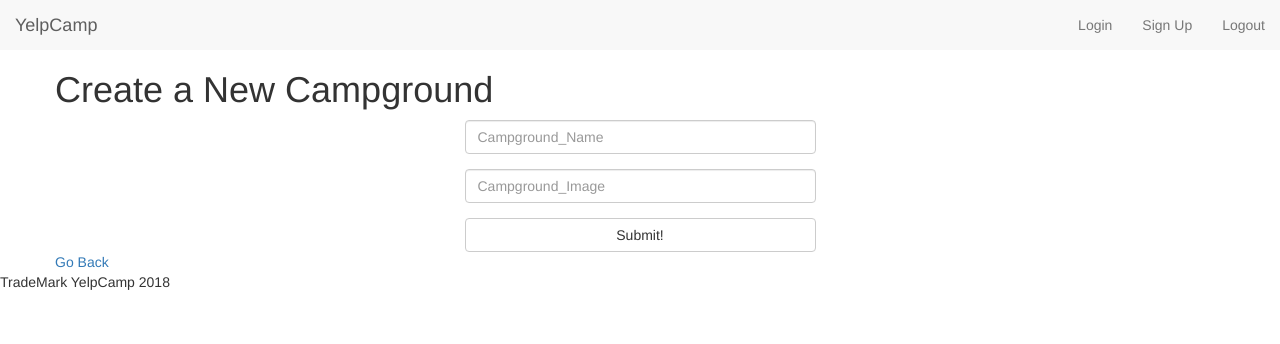
Repository: Kushagrakmr/c9backup
Page: http://localhost/campgrounds/new
The author's editor kept a record of every edit. The page is drawn from the files as they stood at one moment, then again after the next edit.
The browser window is 1280 px wide. The pictures show the whole page.
The page is served by the project's Node server (YelpCamp/v1/app.js).

Above is the page before.

### YelpCamp/v1/views/new.ejs
<% include partials/header %>

 <div class="container" >
  <div class="row">
   <h1>Create a New Campground</h1>
   <div style= "width:30%; margin: 0 auto;">
    <form action = "/campgrounds" method= "POST">
     <div class="form-group">
       <input class = "form-control" type = "text" name="name" placeholder = "Campground_Name">
     </div>
     <div class="form-group">
       <input class= "form-control" type = "text" name="image" placeholder = "Campground_Image">
     </div>
     <div class="form-group">
     </div>
       <button class="btn btn-ld btn-default btn-block">Submit!</button>
    </form>
   </div>

   <a href="/campgrounds">Go Back</a>
  </div>
 </div>


 <% include partials/footer %>

### YelpCamp/v1/views/partials/header.ejs
<!DOCTYPE html>
<html>
    <head>
        <title>Yelp Camp</title>
        <link rel="stylesheet" href= "https://stackpath.bootstrapcdn.com/bootstrap/3.3.5/css/bootstrap.min.css">
    </head>
    <body>

<nav class="nav navbar-default">
     <div class = "conatainer-fluid">
         <div class-"navbar-header">
             <a class= "navbar-brand" href= "/">YelpCamp</a>
         </div>
         <div class="collapse navbar-collapse">
             <ul class = " nav navbar-nav navbar-right">
                 <li><a href="/">Login</a></li>
                 <li><a href="/">Sign Up</a></li>
                 <li><a href="/">Logout</a></li>

             </ul>
         </div>
     </div>
 </nav>

### YelpCamp/v1/views/partials/footer.ejs
       <p> TradeMark YelpCamp 2018</p>
    </body>
</html>

### YelpCamp/v1/app.js
var express = require("express");
var app = express();
var bodyParser = require("body-parser");

app.use(bodyParser.urlencoded({extended : true}));
app.set("view engine", "ejs");

var campgrounds = [
        {name: "Laddakh", image: "https://c1.staticflickr.com/1/231/446876174_e15ca57e05_o.jpg"},
        {name: "Sikkim",  image: "https://c2.staticflickr.com/6/5581/14860971851_4362334b72_b.jpg"},
        {name: "Minnisota", image: "https://c2.staticflickr.com/4/3915/15158046300_56b40456af_b.jpg"},
        {name: "Hills",  image: "https://c2.staticflickr.com/6/5581/14860971851_4362334b72_b.jpg"},
        {name: "Mountains", image: "https://c2.staticflickr.com/4/3915/15158046300_56b40456af_b.jpg"},
        {name: "Valley", image: "https://c1.staticflickr.com/1/231/446876174_e15ca57e05_o.jpg"},
        {name: "Darzeeling", image: "https://c2.staticflickr.com/4/3915/15158046300_56b40456af_b.jpg"},
        {name: "Nepal",  image: "https://c2.staticflickr.com/6/5581/14860971851_4362334b72_b.jpg"},
        {name: "Laddakh", image: "https://c1.staticflickr.com/1/231/446876174_e15ca57e05_o.jpg"},
        {name: "Sikkim",  image: "https://c2.staticflickr.com/6/5581/14860971851_4362334b72_b.jpg"},
        {name: "Darzeeling", image: "https://c2.staticflickr.com/4/3915/15158046300_56b40456af_b.jpg"},
        {name: "Sikkim",  image: "https://c2.staticflickr.com/6/5581/14860971851_4362334b72_b.jpg"},
        {name: "Darzeeling", image: "https://c2.staticflickr.com/4/3915/15158046300_56b40456af_b.jpg"},
        {name: "Darzeeling", image: "https://c2.staticflickr.com/4/3915/15158046300_56b40456af_b.jpg"}
    ];

app.get("/",function(request, response){
    response.render("landing");
});

app.get("/campgrounds",function(request, response){


    response.render("campgrounds",{campgrounds_app:campgrounds});
});

app.post("/campgrounds",function(request, response){
    //get data from form and add to the array
    var name = request.body.name;
    var image = request.body.image;
    var newCampground = {name: name, image:image};
    campgrounds.push(newCampground);
    //redirect
    response.redirect("/campgrounds")
});

app.get("/campgrounds/new", function(request, response) {
    response.render("new.ejs");
});


app.listen(process.env.PORT, process.env.IP, function(){
    console.log("The Yelp Camp Server Has Started");
});

After the next edit:
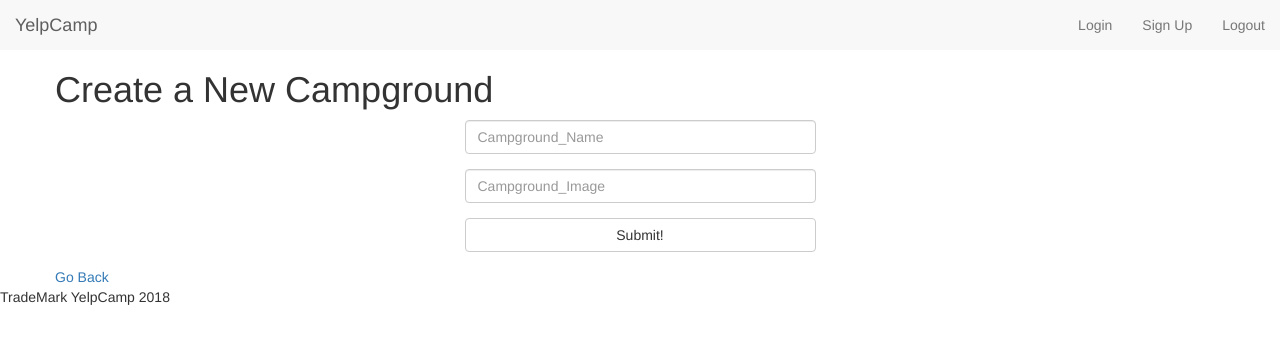
The edit:
--- a/YelpCamp/v1/views/new.ejs
+++ b/YelpCamp/v1/views/new.ejs
@@ -12,8 +12,8 @@
        <input class= "form-control" type = "text" name="image" placeholder = "Campground_Image">
      </div>
      <div class="form-group">
+       <button class="btn btn-ld btn-default btn-block">Submit!</button>
      </div>
-       <button class="btn btn-ld btn-default btn-block">Submit!</button>
     </form>
    </div>
 
